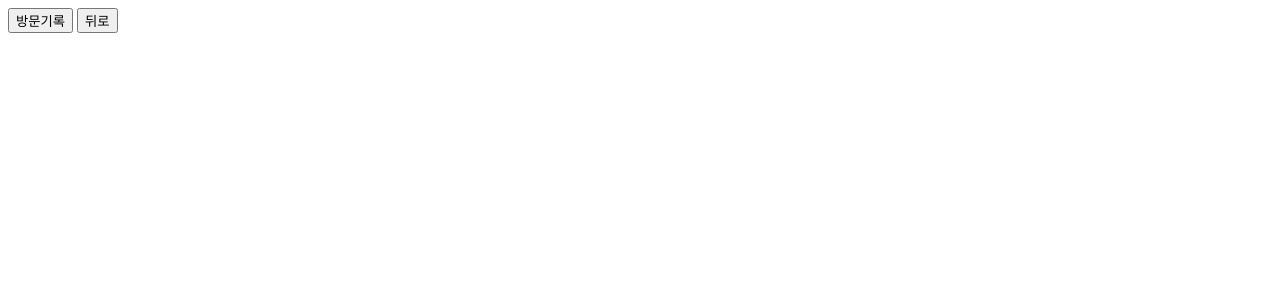
Repository: hololog/workspace_jsp1
Page: JspStudy/src/main/webapp/js1/test9.html
These files come from the project's save history. The page is drawn as it stood at one moment and after the next save; the edit follows.
The browser window is 1280 px wide. The pictures show the whole page.

Above is the page before, as saved 2021-12-06 02:57:34.

After the next save:
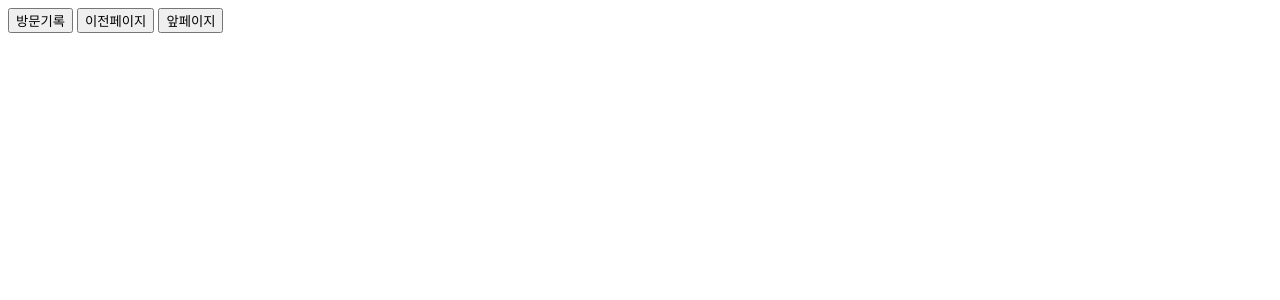
Saved 61 s later.
--- a/JspStudy/src/main/webapp/js1/test9.html
+++ b/JspStudy/src/main/webapp/js1/test9.html
@@ -14,6 +14,7 @@
 </head>
 <body>
 <input type="button" value="방문기록" onclick="f1()">
-<input type="button" value="뒤로" onclick="f2()">
+<input type="button" value="이전페이지" onclick="f2()">
+<input type="button" value="앞페이지" onclick="f2()">
 </body>
 </html>
